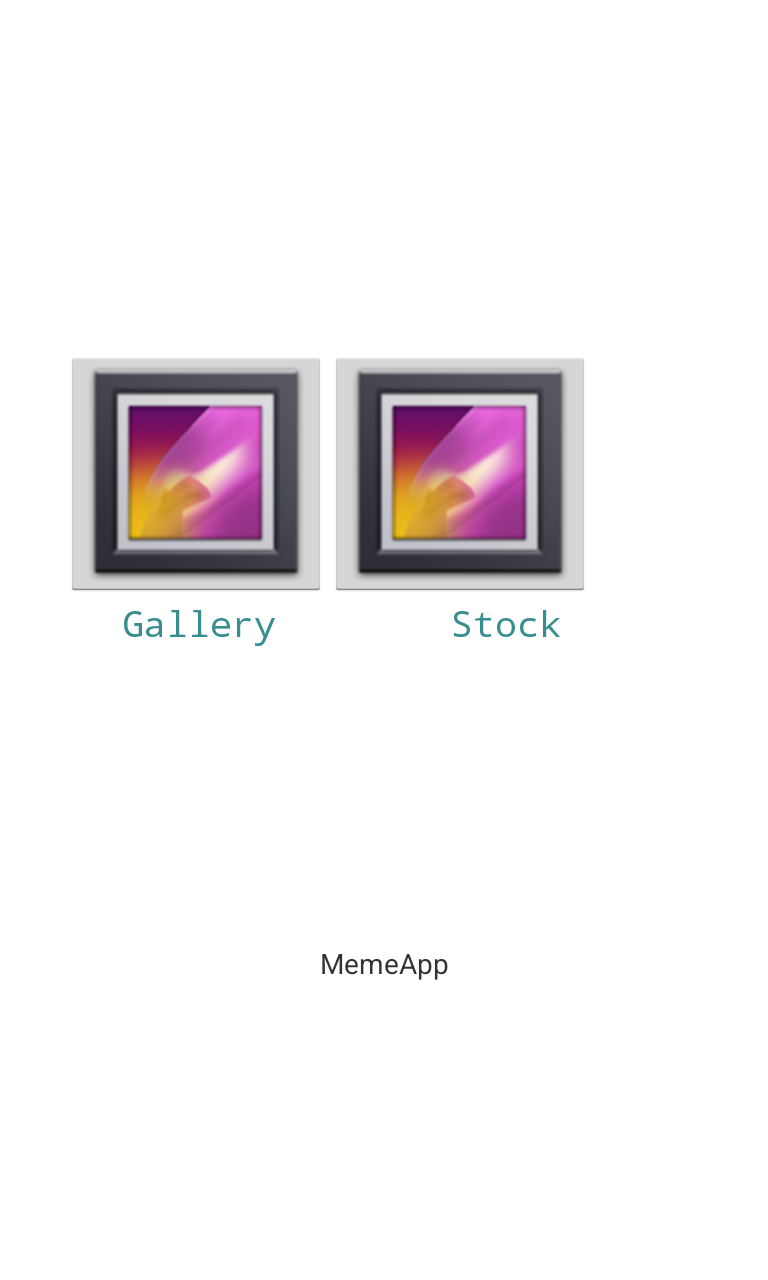
Repository: njb26/3093_Software_Engineering_2013
Layout: app/workspace/MemeApp/res/layout/activity_selection.xml
These files come from the project's save history. The layout is drawn as it stood at one moment and after the next save; the edit follows.
It is drawn on a 768 x 1280 px phone screen (xhdpi) without system bars, with theme AppTheme; the app's code is not run.

Above is the layout before, as saved 2013-05-23 21:44:16.

After the next save:
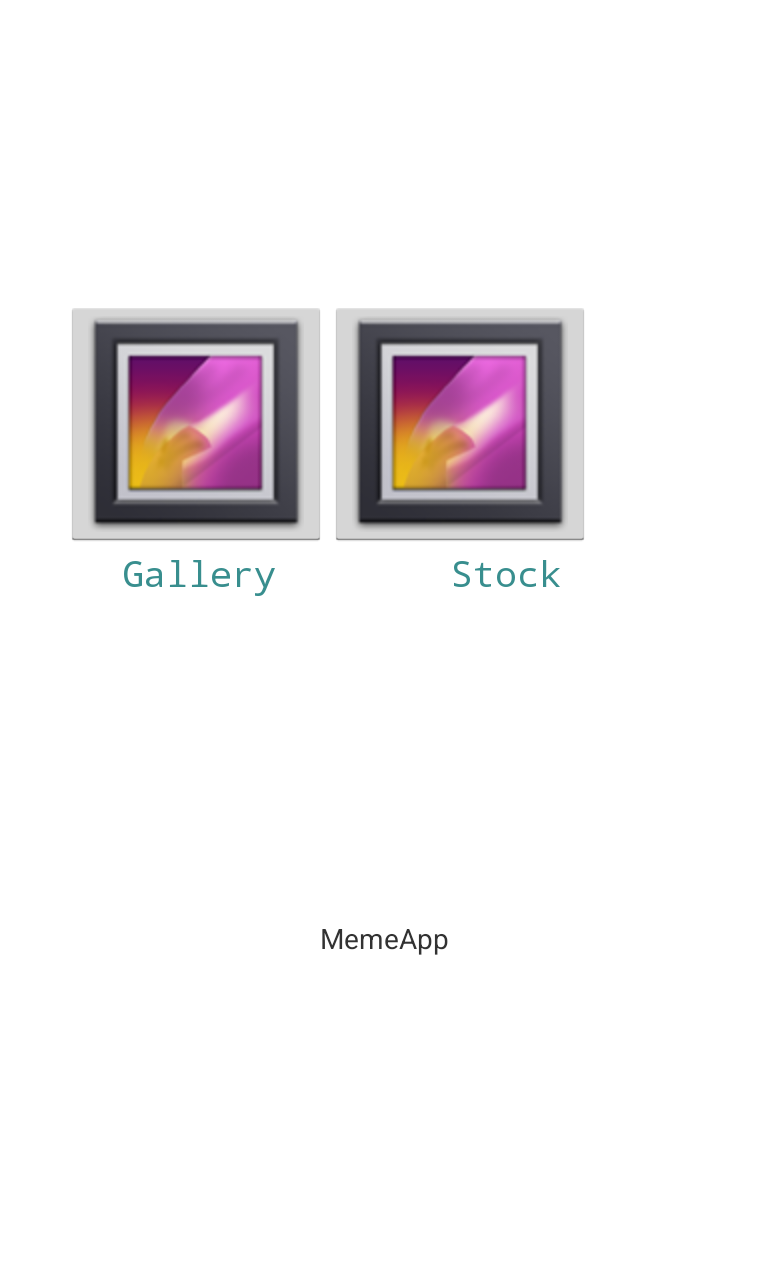
Saved 13 s later.
--- a/app/workspace/MemeApp/res/layout/activity_selection.xml
+++ b/app/workspace/MemeApp/res/layout/activity_selection.xml
@@ -1,7 +1,7 @@
 <LinearLayout xmlns:android="http://schemas.android.com/apk/res/android"
     android:layout_width="wrap_content"
     android:layout_height="fill_parent"
-    android:paddingTop="175dp"
+    android:paddingTop="150dp"
     android:paddingLeft="16dp"
     android:paddingRight="16dp"
     android:orientation="vertical">
